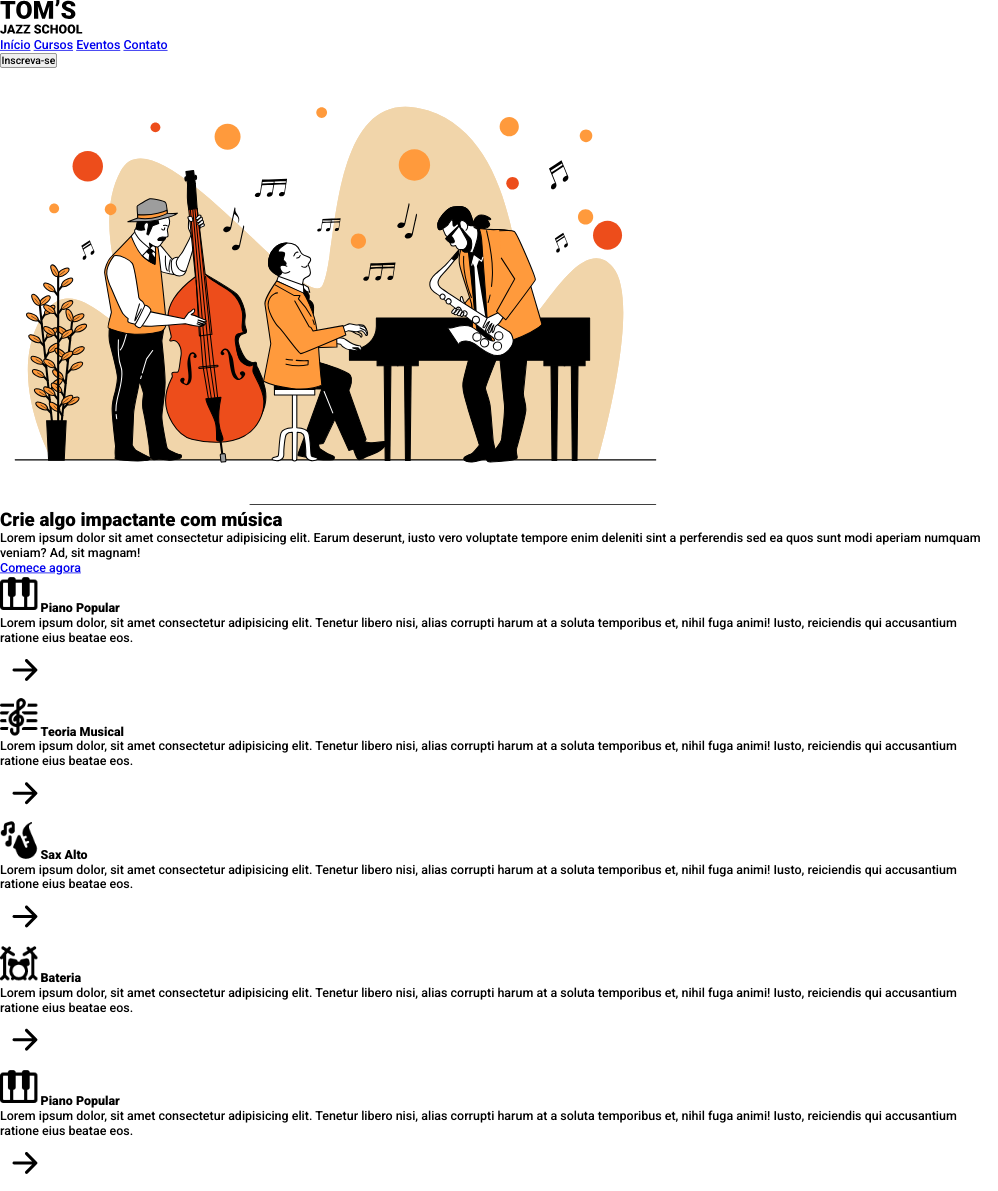
Repository: tenoriodasilva31/OBC-Music-School
Page: index.html
The author's editor kept a copy of each file at every save. The page is drawn from the files as they stood at one save, then again after the next save.
The browser window is 1280 px wide. The pictures show the whole page, at 78% of full size.

Above is the page before, as saved 2023-07-05 16:49:12.

### index.html
<!DOCTYPE html>
<html lang="pt-BR">
<head>
    <meta charset="UTF-8">
    <meta name="viewport" content="width=device-width, initial-scale=1.0">
    <title>Tom's Jazz School</title>

    <link rel="preconnect" href="https://fonts.googleapis.com">
    <link rel="preconnect" href="https://fonts.gstatic.com" crossorigin>

    <link rel="stylesheet" href="index.css">

    <link href="https://fonts.googleapis.com/css2?family=Roboto:wght@500;900&display=swap" rel="stylesheet">
</head>
<body>
    <header>
        <img src="./img/logo.svg" alt="Tom's School">
        <nav>
            <a href="#">Início</a>
            <a href="#">Cursos</a>
            <a href="#">Eventos</a>
            <a href="#">Contato</a>
        </nav>
        <button href="#" class="button">Inscreva-se</button>
    </header>
    <main>
        <section>
            <img src="/img/hero-img.svg" alt="Banda de jazz se apresentando">
            <div>
                <h1>Crie algo <span>impactante</span> com música</h1>
                <p>Lorem ipsum dolor sit amet consectetur adipisicing elit. Earum deserunt, iusto vero voluptate tempore enim deleniti sint a perferendis sed ea quos sunt modi aperiam numquam veniam? Ad, sit magnam!</p>
                <a href="#" class="button">Comece agora</a>
            </div>
        </section>
        <section>
            <article>
                <img src="/img/piano.png" alt="icone de teclas de piano">
                <strong>Piano Popular</strong>
                <p>Lorem ipsum dolor, sit amet consectetur adipisicing elit. Tenetur libero nisi, alias corrupti harum at a soluta temporibus et, nihil fuga animi! Iusto, reiciendis qui accusantium ratione eius beatae eos.</p>
                <a href="#">
                    <img src="/img/arrow-right.svg" alt="Ir para página do curso">
                </a>
            </article>
            <article>
                <img src="/img/clef.png" alt="icone clave">
                <strong>Teoria Musical</strong>
                <p>Lorem ipsum dolor, sit amet consectetur adipisicing elit. Tenetur libero nisi, alias corrupti harum at a soluta temporibus et, nihil fuga animi! Iusto, reiciendis qui accusantium ratione eius beatae eos.</p>
                <a href="#">
                    <img src="/img/arrow-right.svg" alt="Ir para página do curso">
                </a>
            </article>
            <article>
                <img src="/img/sax.png" alt="icone de teclas de piano">
                <strong>Sax Alto</strong>
                <p>Lorem ipsum dolor, sit amet consectetur adipisicing elit. Tenetur libero nisi, alias corrupti harum at a soluta temporibus et, nihil fuga animi! Iusto, reiciendis qui accusantium ratione eius beatae eos.</p>
                <a href="#">
                    <img src="/img/arrow-right.svg" alt="Ir para página do curso">
                </a>
            </article>
            <article>
                <img src="/img/drums.png" alt="icone de teclas de piano">
                <strong>Bateria</strong>
                <p>Lorem ipsum dolor, sit amet consectetur adipisicing elit. Tenetur libero nisi, alias corrupti harum at a soluta temporibus et, nihil fuga animi! Iusto, reiciendis qui accusantium ratione eius beatae eos.</p>
                <a href="#">
                    <img src="/img/arrow-right.svg" alt="Ir para página do curso">
                </a>
            </article>
            <article>
                <img src="/img/piano.png" alt="icone de teclas de piano">
                <strong>Piano Popular</strong>
                <p>Lorem ipsum dolor, sit amet consectetur adipisicing elit. Tenetur libero nisi, alias corrupti harum at a soluta temporibus et, nihil fuga animi! Iusto, reiciendis qui accusantium ratione eius beatae eos.</p>
                <a href="#">
                    <img src="/img/arrow-right.svg" alt="Ir para página do curso">
                </a>
            </article>
        </section>
    </main>
</body>
</html>

### index.css
* {
    box-sizing: border-box;
    font-family: 'Roboto', sans-serif;
    margin: 0;
    padding: 0;
}

:root {
    --color-primary: #ED4D1B;
    --color-secondary: #FF9a3c;
    --color-black: #000;
    --color-white: #FFF;
}

After the next save:
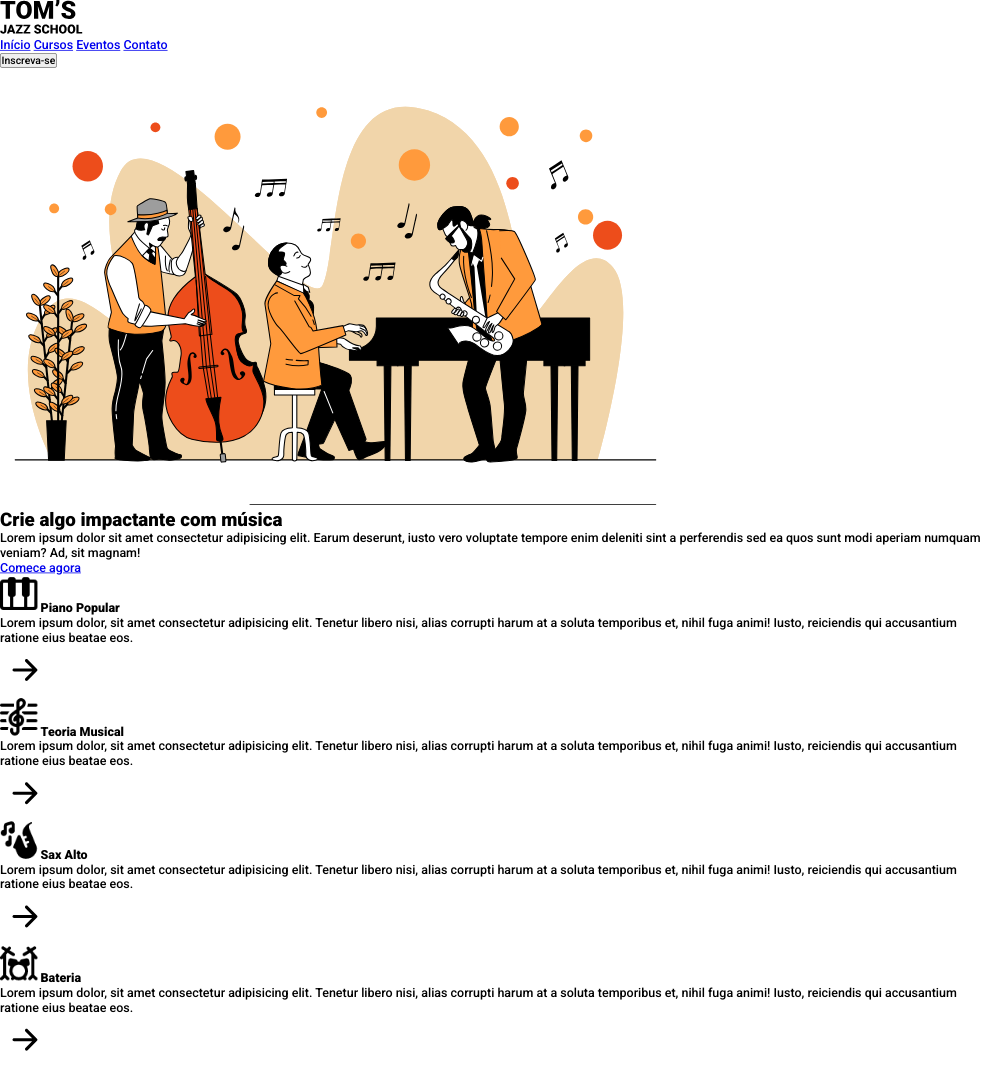
Saved 24 s later.
--- a/index.html
+++ b/index.html
@@ -65,14 +65,6 @@
                     <img src="/img/arrow-right.svg" alt="Ir para página do curso">
                 </a>
             </article>
-            <article>
-                <img src="/img/piano.png" alt="icone de teclas de piano">
-                <strong>Piano Popular</strong>
-                <p>Lorem ipsum dolor, sit amet consectetur adipisicing elit. Tenetur libero nisi, alias corrupti harum at a soluta temporibus et, nihil fuga animi! Iusto, reiciendis qui accusantium ratione eius beatae eos.</p>
-                <a href="#">
-                    <img src="/img/arrow-right.svg" alt="Ir para página do curso">
-                </a>
-            </article>
         </section>
     </main>
 </body>
